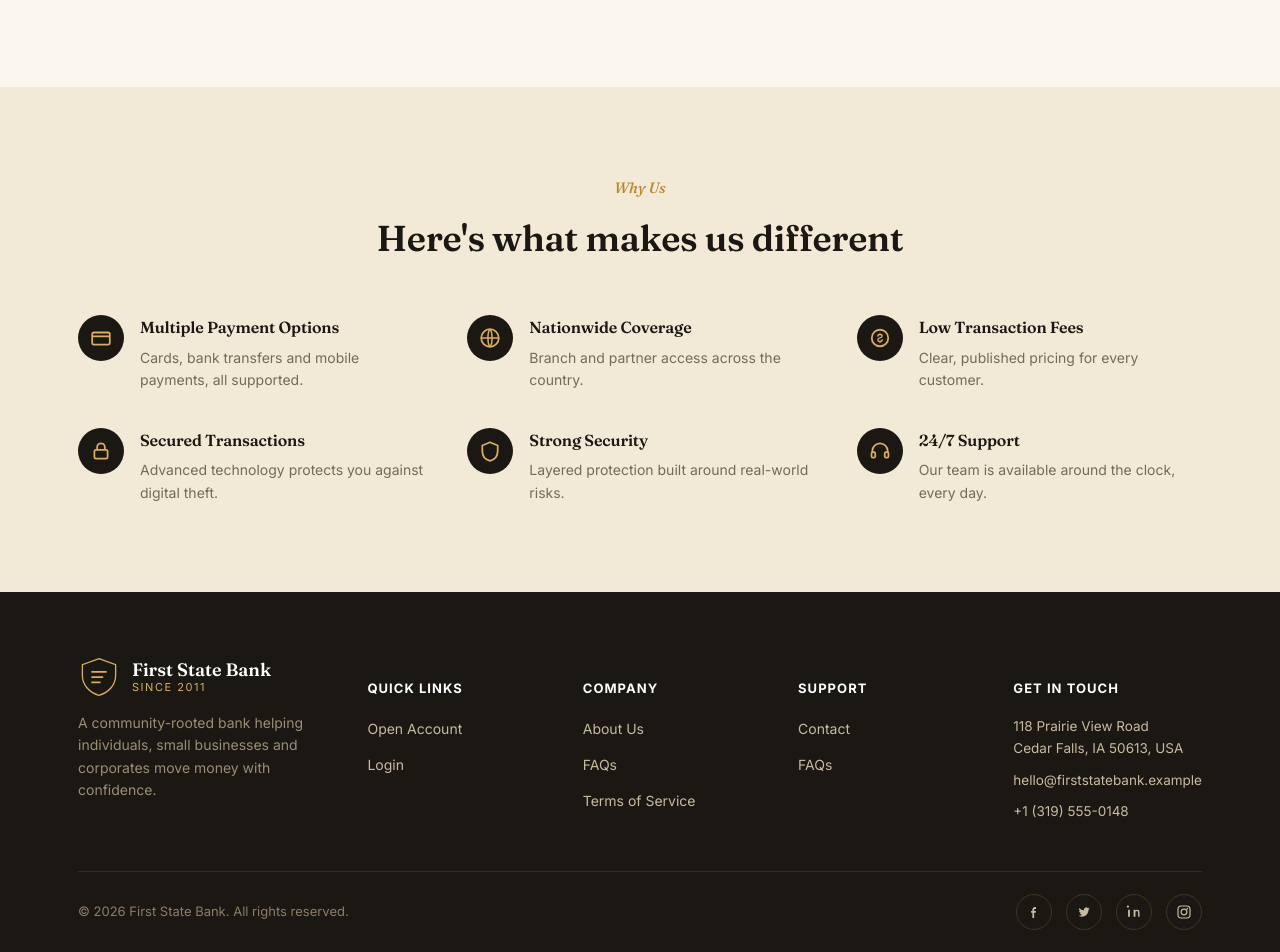
Repository: trenzyfx1/firststatebank
Page: about.html
An editor plug-in stored every save of this project. The page is shown before and after the next save, followed by the edit.
The browser window is 1280 px wide. The pictures show the part of the page from y = 1753 to 2705 px (the page is 2705 px tall).
A picture or video elsewhere on the page could not be fetched, so the positions and the page height are approximate.

Above is the page before, as saved 2026-09-18 13:12:44.

After the next save:
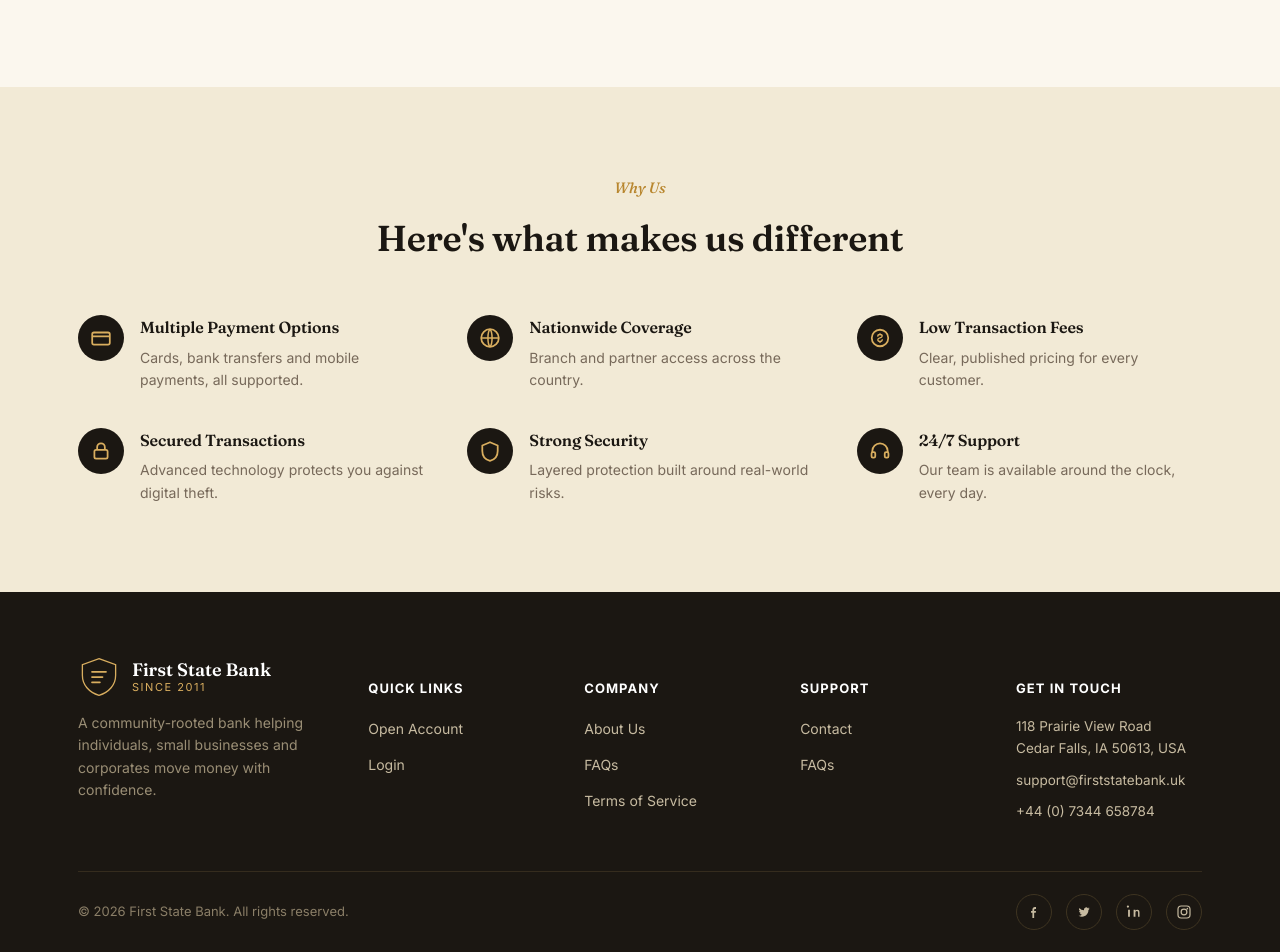
Saved 1 s later.
--- a/about.html
+++ b/about.html
@@ -258,7 +258,7 @@
         <div><h5>QUICK LINKS</h5><ul><li><a href="register.html">Open Account</a></li><li><a href="login.html">Login</a></li></ul></div>
         <div><h5>COMPANY</h5><ul><li><a href="about.html">About Us</a></li><li><a href="faq.html">FAQs</a></li><li><a href="terms.html">Terms of Service</a></li></ul></div>
         <div><h5>SUPPORT</h5><ul><li><a href="contact.html">Contact</a></li><li><a href="faq.html">FAQs</a></li></ul></div>
-        <div><h5>GET IN TOUCH</h5><ul class="foot-contact"><li>118 Prairie View Road<br>Cedar Falls, IA 50613, USA</li><li>hello@firststatebank.example</li><li>+1 (319) 555-0148</li></ul></div>
+        <div><h5>GET IN TOUCH</h5><ul class="foot-contact"><li>118 Prairie View Road<br>Cedar Falls, IA 50613, USA</li><li>support@firststatebank.uk</li><li>+44 (0) 7344 658784</li></ul></div>
       </div>
       <div class="footer-bottom">
         <small>&copy; <span id="year">2026</span> First State Bank. All rights reserved.</small>
